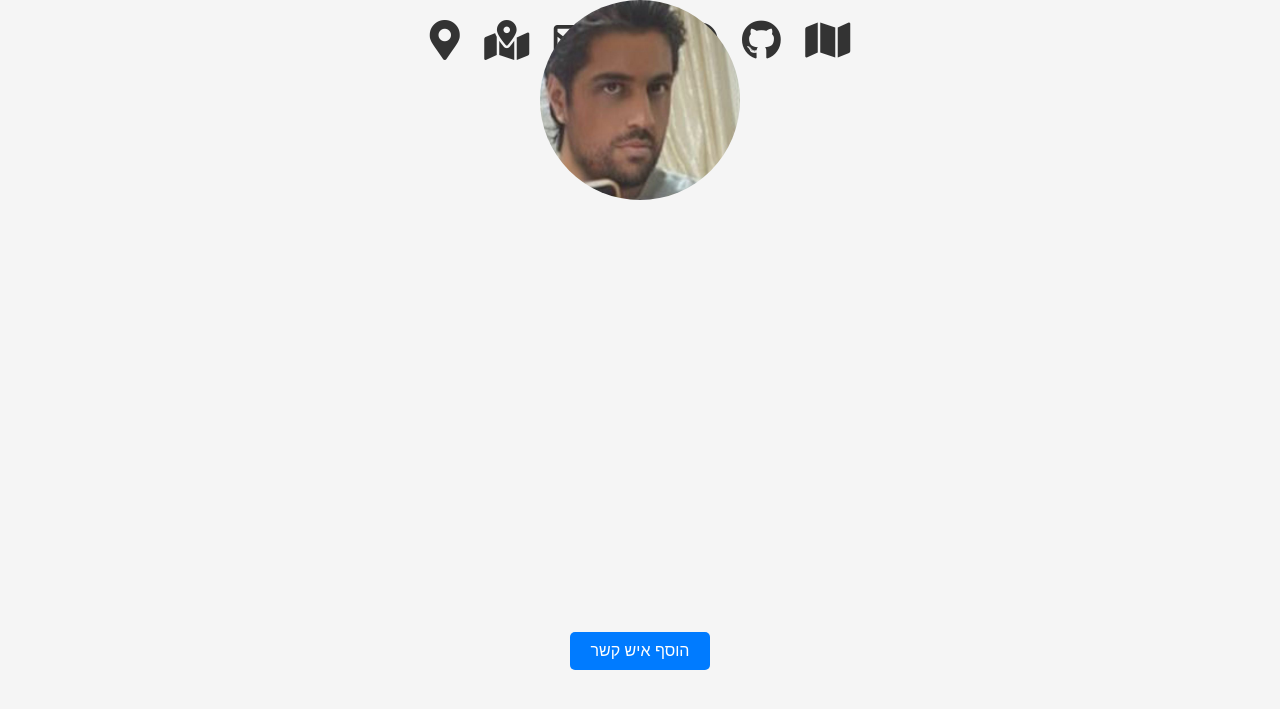
Repository: RL20/Business-Card
Page: index.html
The author's editor kept a copy of each file at every save. The page is drawn from the files as they stood at one save, then again after the next save.
The browser window is 1280 px wide. The pictures show the whole page.

Above is the page before, as saved 2024-05-15 03:38:58.

### index.html
<!DOCTYPE html>
<html lang="en">
  <head>
    <meta charset="UTF-8" />
    <meta name="viewport" content="width=device-width, initial-scale=1.0" />
    <title>Contact Information</title>
    <link rel="stylesheet" href="https://cdnjs.cloudflare.com/ajax/libs/font-awesome/5.15.4/css/all.min.css" />
    <style>
      body {
        font-family: Arial, sans-serif;
        margin: 0;
        padding: 0;
        background-color: #f5f5f5;
        display: flex;
        flex-direction: column;
        align-items: center;
        /* justify-content: center; */
        justify-content: space-between;
        min-height: 100vh;
      }
      .icons {
        text-align: center;
        margin-top: 20px;
      }
      .icons i {
        font-size: 2.5rem;
        margin: 0 10px;
        color: #333;
        transition: color 0.3s;
      }
      .icons i:hover {
        color: gold;
      }
      .button-container {
        text-align: center;
        margin-bottom: 50px;
      }
      .button {
        background-color: #007bff;
        color: #fff;
        border: none;
        padding: 10px 20px;
        border-radius: 5px;
        cursor: pointer;
        font-size: 1rem;
        transition: background-color 0.3s;
      }
      .button:hover {
        background-color: #0056b3;
      }
      .profile-img {
        top: 0;
        position: absolute;
        width: 200px;
        height: 200px;
        overflow: hidden;
        border-radius: 50%;
        display: flex;
        justify-content: center;
        align-items: center;
        animation: slideDown 2s forwards; /* Apply the animation */
      }

      .profile-img img {
        width: 100%;
        height: 100%;
        object-fit: cover;
      }
    </style>
  </head>
  <body>
    <div class="profile-img">
      <img src="./RLS.png" alt="Profile Image" />
    </div>

    <div class="icons">
      <a href="https://www.waze.com/ul?q=חטיבת הנחל 16 חדרה" target="_blank"><i class="fas fa-map-marker-alt"></i></a>
      <a href="https://www.google.com/maps?q=חטיבת הנחל 16 חדרה" target="_blank"
        ><i class="fas fa-map-marked-alt"></i
      ></a>
      <a href="mailto:harel_shalom@yahoo.com"><i class="far fa-envelope"></i></a>
      <a href="tel:0526966833"><i class="fas fa-phone"></i></a>
      <a href="https://wa.me/972526966833" target="_blank"><i class="fab fa-whatsapp"></i></a>
      <a href="https://github.com/RL20" target="_blank"><i class="fab fa-github"></i></a>
      <a href="#" onclick="openNavigationApp(); return false;"><i class="fas fa-map"></i></a>
    </div>
    <div class="button-container">
      <button class="button" onclick="downloadVCard()">הוסף איש קשר</button>
    </div>

    <script>
      function openNavigationApp() {
        var app = prompt("באיזו אפליקציה תרצה לפתוח את הניווט?\n1. וויז\n2. גוגל מפות");
        var address = encodeURI("חטיבת הנחל 16 חדרה");
        if (app === "1") {
          window.location.href = "https://www.waze.com/ul?q=" + address;
        } else if (app === "2") {
          window.location.href = "https://www.google.com/maps?q=" + address;
        } else {
          alert("אנא בחר אפליקציה חוקית.");
        }
      }

      function downloadVCard() {
        var contactName = "_RLS_הראל שלום";
        var phoneNumber = "0526966833";
        var email = "harel_shalom@yahoo.com";
        var address = 'חטיבת הנח"ל 16, חדרה';
        var website = "https://rl20.github.io/Bussines-Card/";
        var title = "RLS פיתוח תוכנה";
        var photoURL = "https://raw.githubusercontent.com/RL20/Bussines-Card/main/RLS.png";

        var vCardData =
          "BEGIN:VCARD\n" +
          "VERSION:3.0\n" +
          "FN:" +
          contactName +
          "\n" +
          "TEL;TYPE=CELL:" +
          phoneNumber +
          "\n" +
          "EMAIL:" +
          email +
          "\n" +
          "ADR;TYPE=HOME:" +
          address +
          "\n" +
          "URL:" +
          website +
          "\n" +
          "TITLE:" +
          title +
          "\n" +
          "PHOTO;VALUE=URL:" +
          photoURL +
          "\n" +
          "END:VCARD";

        var blob = new Blob([vCardData], { type: "text/vcard" });
        var url = window.URL.createObjectURL(blob);
        var a = document.createElement("a");
        a.href = url;
        a.download = "contact.vcf";
        document.body.appendChild(a);
        a.click();
        document.body.removeChild(a);
      }
    </script>
  </body>
</html>

After the next save:
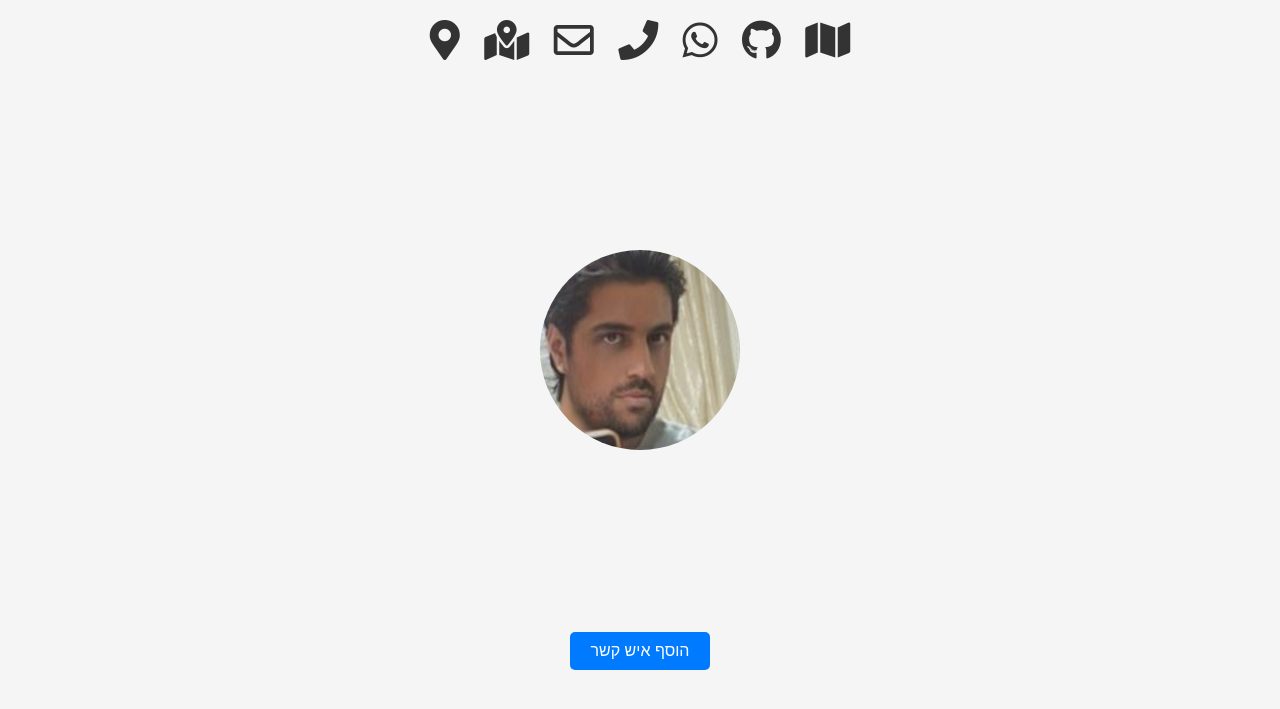
Saved 28 s later.
--- a/index.html
+++ b/index.html
@@ -59,6 +59,14 @@
         justify-content: center;
         align-items: center;
         animation: slideDown 2s forwards; /* Apply the animation */
+      }
+      @keyframes slideDown {
+        0% {
+          top: -200px; /* Start above the viewport */
+        }
+        100% {
+          top: 250px; /* End position */
+        }
       }
 
       .profile-img img {
